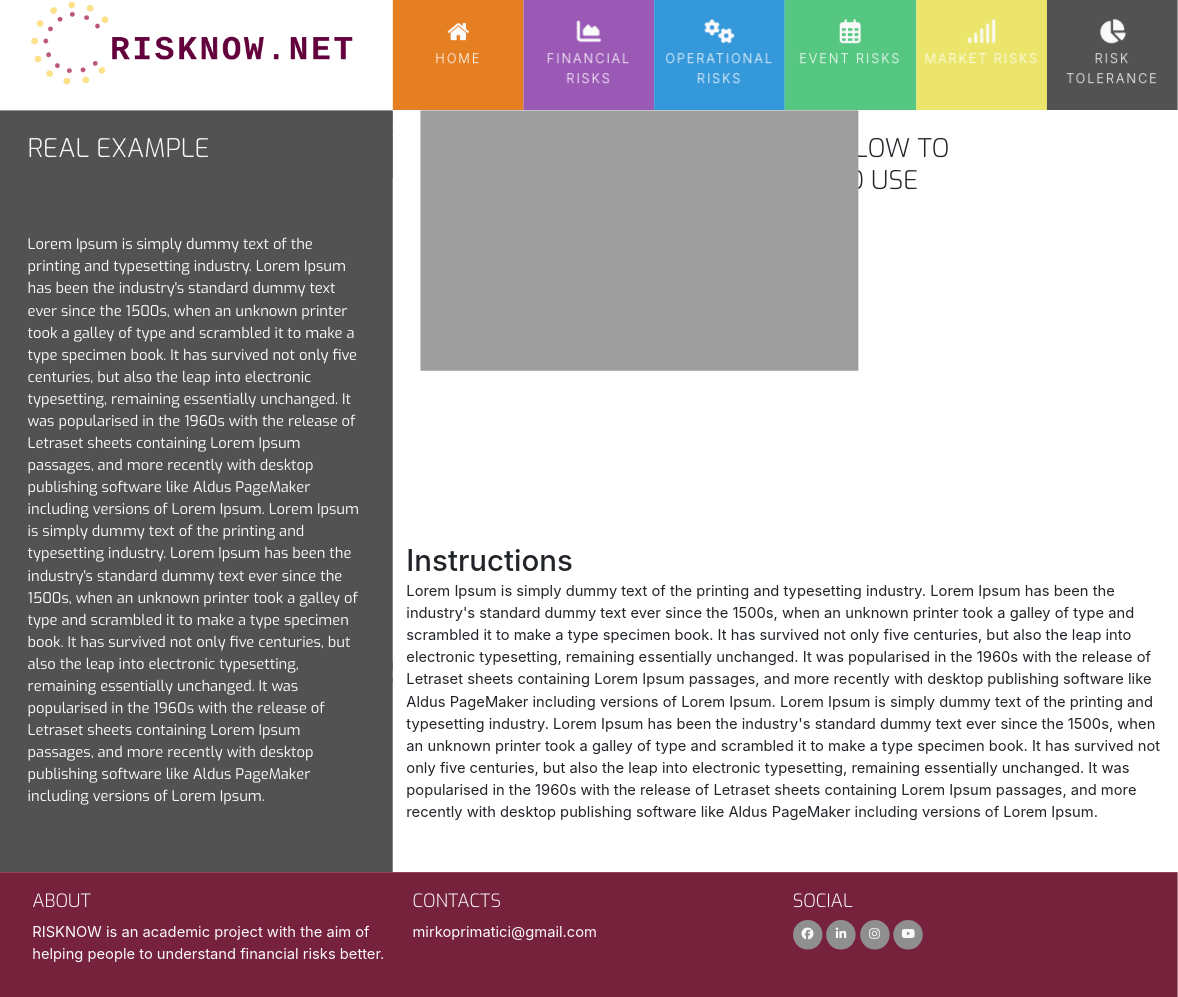
Repository: mirkoprimaticix/risknow.net
Page: index.html
The author's editor kept a record of every edit. The page is drawn from the files as they stood at one moment, then again after the next edit.
The browser window is 1280 px wide. The pictures show the whole page, at 92% of full size.
Pictures or frames that could not be fetched are drawn as grey boxes. Some web libraries are served in a nearby version.

Above is the page before.
Console error: TypeError: Cannot read properties of undefined (reading 'fn')

After the next edit:
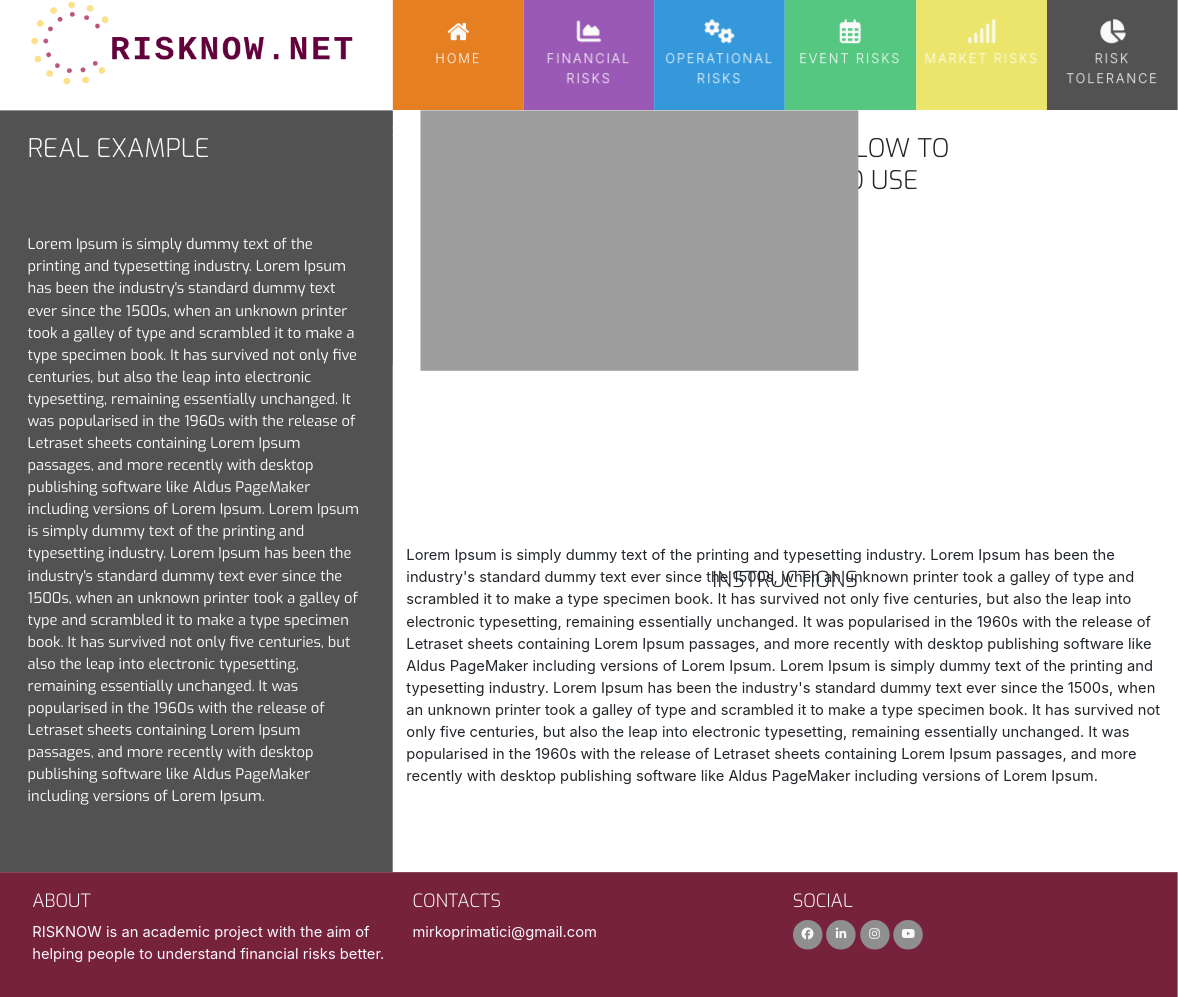
The edit:
--- a/index.html
+++ b/index.html
@@ -88,10 +88,10 @@
                         </div>
                     </div>
                 </div>
-                <di class="row lecture-color-margin">
-                    <p>
-                        <h2>Instructions</h2>
-                    </p>
+                <div class="row lecture-color-margin">
+                    <div class="col">
+                        <h4 class="section-heading uppercase">Instructions</h3>
+                    </div>
 
                     <p>
                         Lorem Ipsum is simply dummy text of the printing and typesetting industry.
